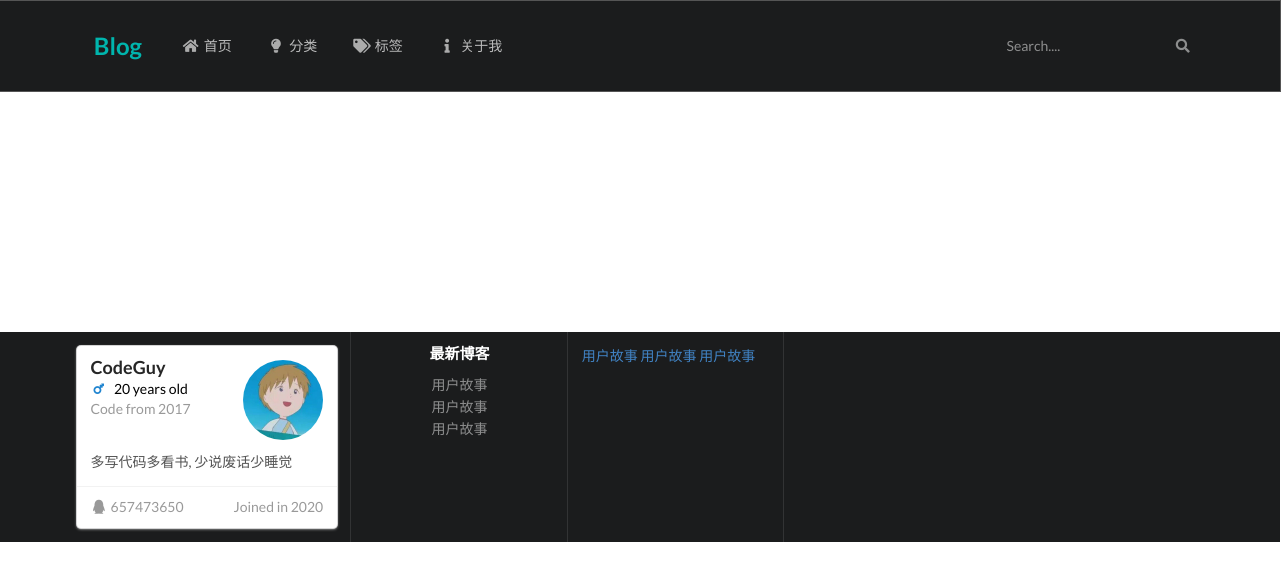
Repository: GOGOHQ/myblog
Page: index.html
The author's editor kept a copy of each file at every save. The page is drawn from the files as they stood at one save, then again after the next save.
The browser window is 1280 px wide. The page is 1281 px wide, so the pictures cover 1281 px, including what lies to the right of the window. The pictures show the whole page.
Some web libraries are served in a nearby version.

Above is the page before, as saved 2020-01-16 15:40:31.

After the next save:
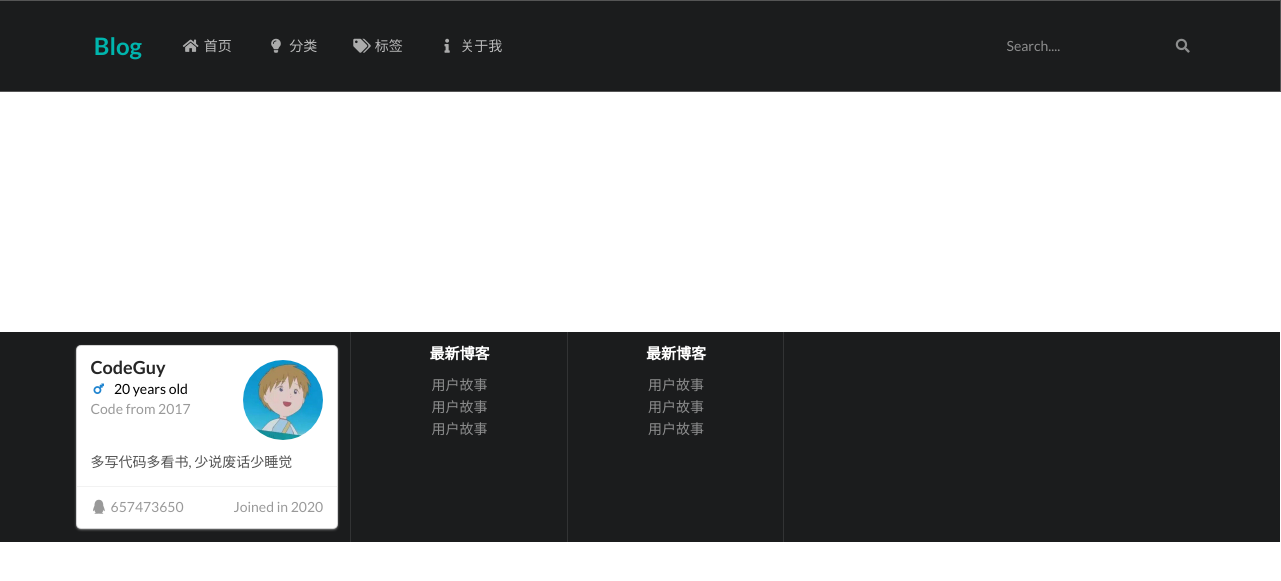
Saved 23 s later.
--- a/index.html
+++ b/index.html
@@ -76,10 +76,13 @@
                     <a href="#" class="item">用户故事</a>
                 </div>
             </div>
-            <div class="three wide column">
-                <a href="#" class="item">用户故事</a>
-                <a href="#" class="item">用户故事</a>
-                <a href="#" class="item">用户故事</a>
+            <div class="center aligned three wide column">
+                <h4 class="ui inverted header">最新博客</h4>
+                <div class="ui inverted link list">
+                    <a href="#" class="item">用户故事</a>
+                    <a href="#" class="item">用户故事</a>
+                    <a href="#" class="item">用户故事</a>
+                </div>
             </div>
             <div class="six wide column"></div>
         </div>
